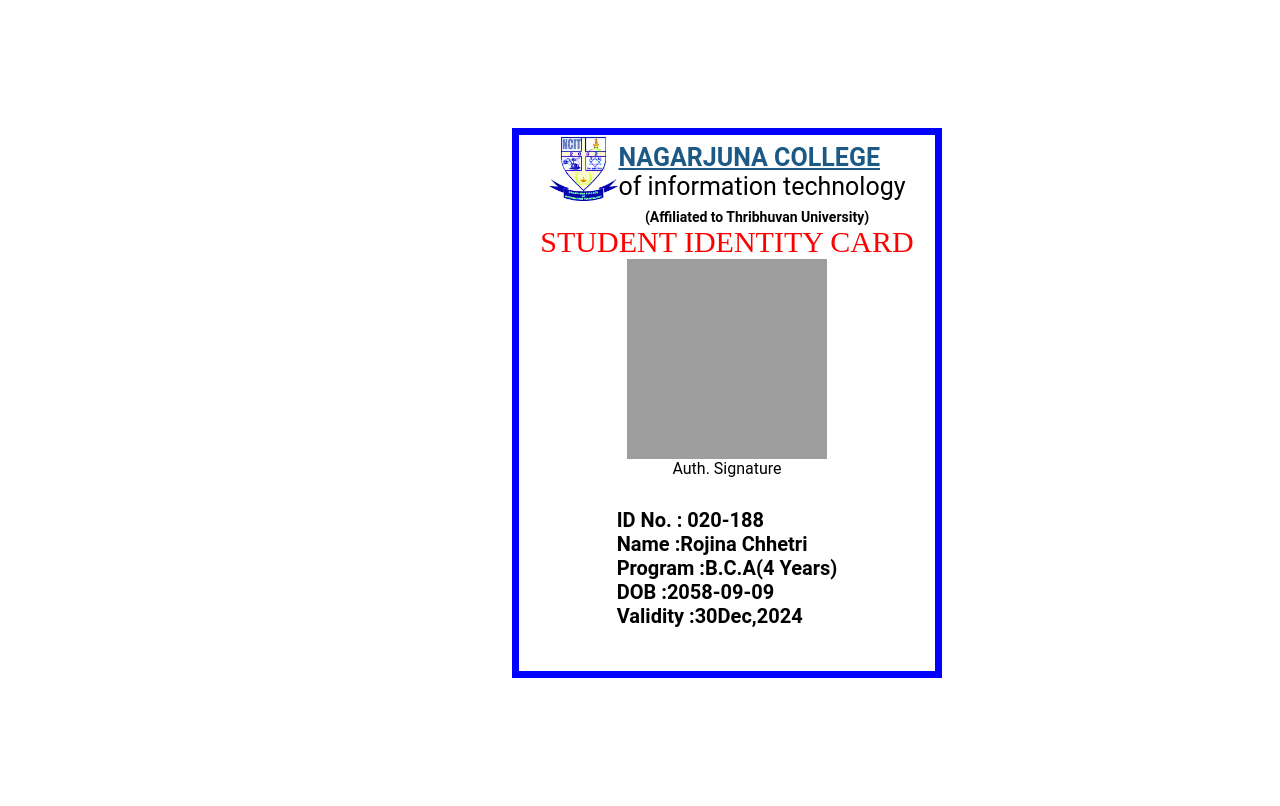
Repository: Rojinachhetri/roji
Page: rojina.html
The author's editor kept a copy of each file at every save. The page is drawn from the files as they stood at one save, then again after the next save.
The browser window is 1280 px wide. The pictures show the whole page.
Pictures or frames that could not be fetched are drawn as grey boxes.

Above is the page before, as saved 2023-04-24 22:39:39.

### rojina.html
<!DOCTYPE html>
<html lang="en">

<head>
    <meta charset="UTF-8">
    <meta http-equiv="X-UA-Compatible" content="IE=edge">
    <meta name="viewport" content="width=device-width, initial-scale=1.0">
    <title>Nagrajuna college</title>
    <link rel="stylesheet" href="rojina.css">
</head>

<body>
    <div class="container">
        <div class="hero">
            <div class="logo">
                <img src="logo1.png" alt="logo" height="70px" width="70px">

            </div>
            <div class="container_text">
                <div class="name">NAGARJUNA COLLEGE</div>
                <div class="class1">of information technology</div>
            </div>
        </div>
        <div class="header">(Affiliated to Thribhuvan University)
        </div>
        <div class="student">STUDENT IDENTITY CARD</div>
        <div class="hero1">
            <img src="./rojinaa.jpg" alt="picture" height="200px" width="200px">
            <div>Auth. Signature</div>
        </div>
        <div class="id">
            <div>ID No. : 020-188</div>
            <div>Name :Rojina Chhetri</div>
            <div>Program :B.C.A(4 Years)</div>
            <div>DOB :2058-09-09</div>
            <div>Validity :30Dec,2024</div>
        </div>

    </div>


</body>

</html>

### rojina.css
    * {
        box-sizing: border-box;
        padding: 0px;
        margin: 0px;
        font-family: RobotO, sans-serif
    }

    .container {
        width: 430px;
        height: 550px;
        background-color: white;
        border: 7px solid blue;
        display: flex;
        flex-direction: column;
        align-items: center;
        margin: 10% 40% 10% 40%;
    }

    .hero {
        display: flex;
        flex-direction: row;
        align-items: center;
    }

    .container_text {
        font-size: 25px;
    }

    .container_text .name {
        text-decoration: underline;
        color: #1c5a85;
        font-weight: bolder;
    }

    .header {
        font-size: 14px;
        font-weight: bold;
        margin-left: 60px;
    }

    .hero1 {
        display: flex;
        flex-direction: column;
        align-items: center;
    }

    .student {
        font-size: 30px;
        font-weight: 500;
        font-family: 'Times New Roman', Times, serif;
        color: red;
    }

    .id {
        font-size: 20px;
        margin-top: 30px;
        font-weight: bold;
    }

After the next save:
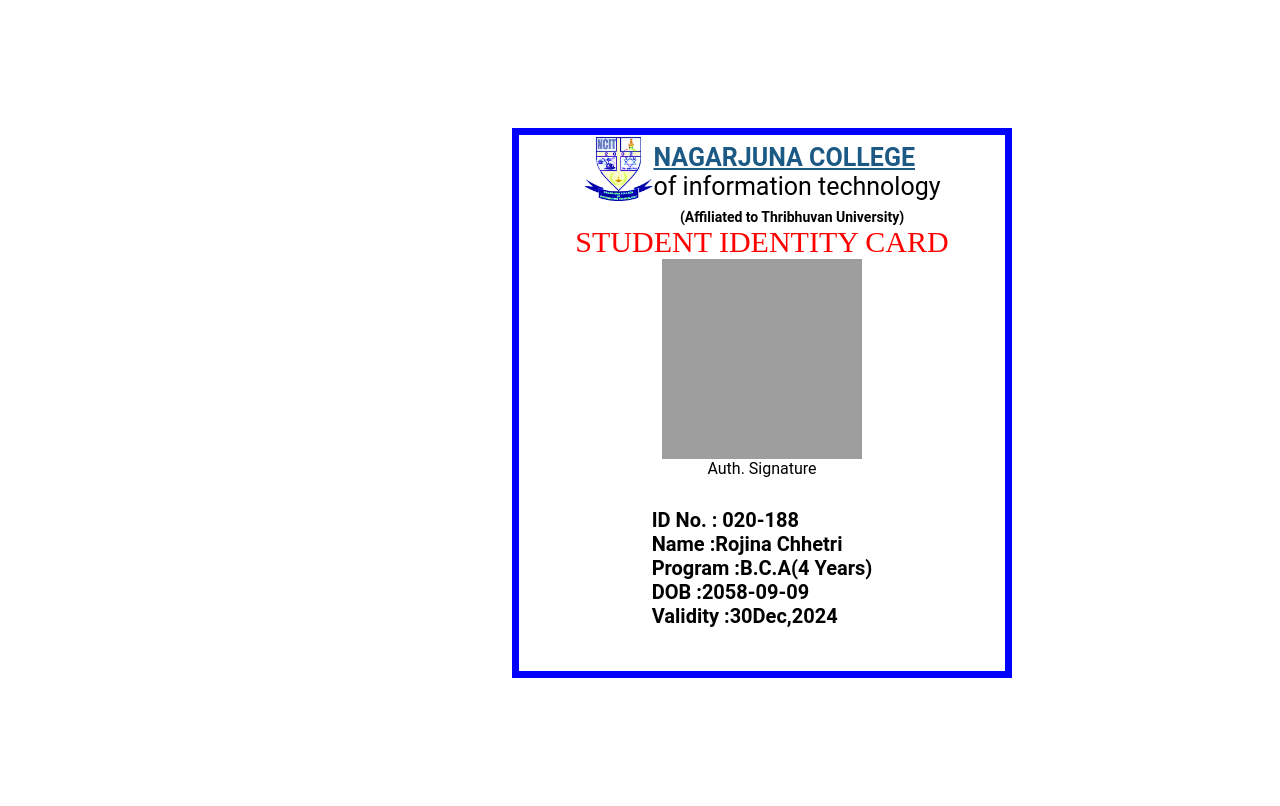
Saved 28 s later.
--- a/rojina.css
+++ b/rojina.css
@@ -6,7 +6,7 @@
     }
 
     .container {
-        width: 430px;
+        width: 500px;
         height: 550px;
         background-color: white;
         border: 7px solid blue;
